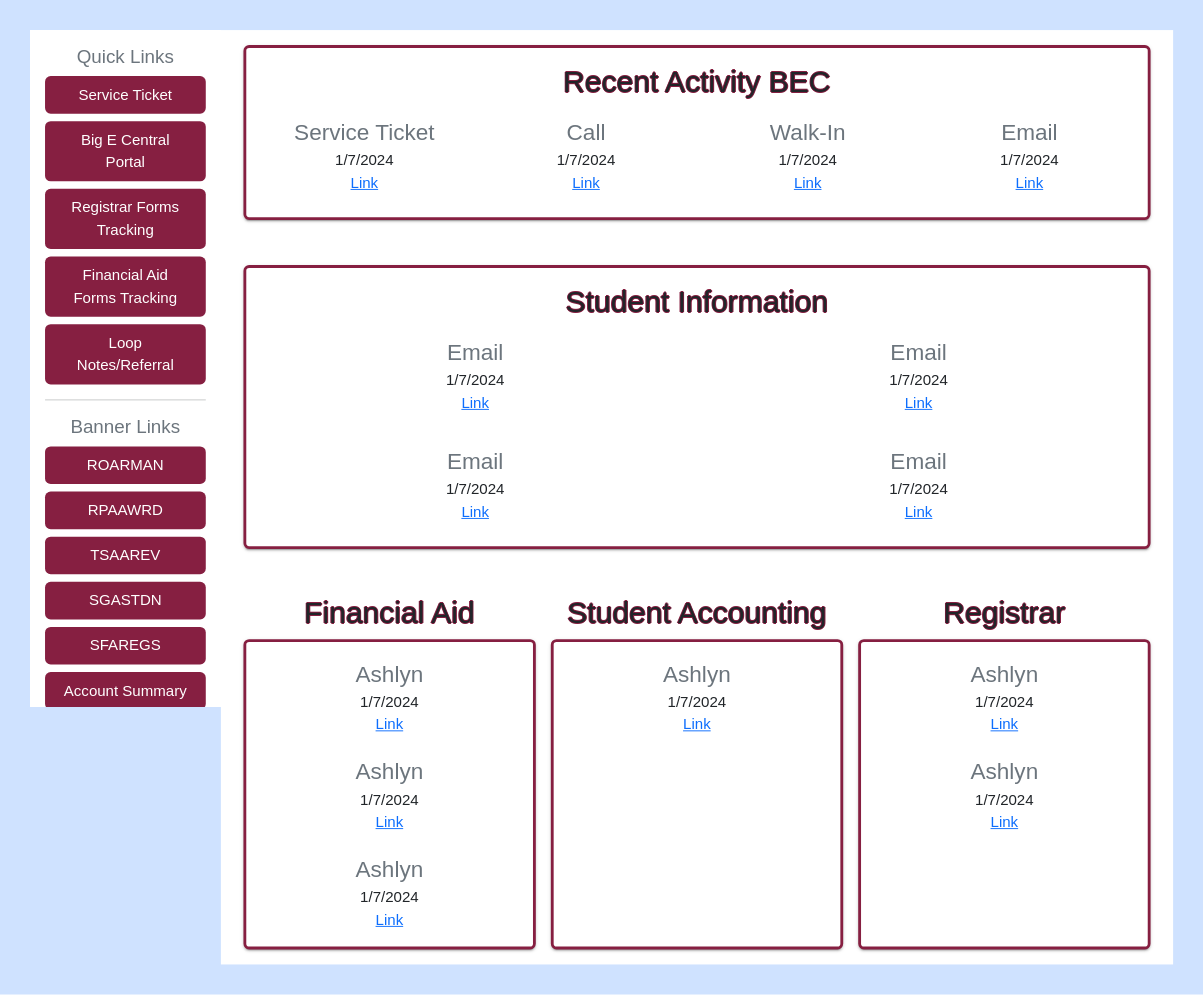
Repository: chancellor-w-whitaker/bec-tab
Page: /
These files come from the project's save history. The page is drawn as it stood at one moment and after the next save; the edit follows.
The browser window is 1280 px wide. The pictures show the whole page, at 94% of full size.
Some web fonts or font styles are not loaded; a fallback is used. The project was rebuilt for these pictures with package versions that can differ from the ones it lists, and the page was loaded fresh each time. Also part of the build but not shown: vite.config.js.

Above is the page before, as saved 2024-01-07 22:33:15.

### src/main.jsx
// Bootstrap Bundle JS
import "bootstrap/dist/js/bootstrap.bundle.min";
// Bootstrap CSS
import "bootstrap/dist/css/bootstrap.min.css";
import ReactDOM from "react-dom/client";
import React from "react";

import App from "./App.jsx";
import "./index.css";

ReactDOM.createRoot(document.getElementById("root")).render(
  <React.StrictMode>
    <App />
  </React.StrictMode>
);

### src/App.jsx
import { useEffect } from "react";

import "./App.css";

// const genericSentences = [
//   `It is a long established fact that a reader will be distracted by the readable content of a page when looking at its layout.`,
//   `The point of using Lorem Ipsum is that it has a more-or-less normal distribution of letters, as opposed to using 'Content here, content here', making it look like readable English.`,
//   `Many desktop publishing packages and web page editors now use Lorem Ipsum as their default model text, and a search for 'lorem ipsum' will uncover many web sites still in their infancy.`,
//   `Various versions have evolved over the years, sometimes by accident, sometimes on purpose (injected humour and the like).`,
// ];

const ekuMaroon = "#861f41";

const ekuBorder = { border: `3px solid ${ekuMaroon}` };

const SomeBlock = ({
  href = "https://www.eku.edu/",
  linkText = "Link",
  date = "1/7/2024",
  title = "Ashlyn",
  className = "",
  padding = 2,
  style = {},
}) => {
  return (
    <div
      className={`p-${padding} text-center ${className}`}
      style={{ ...style }}
    >
      <div className="fs-4 text-secondary fw-medium">{title}</div>
      <div>
        <div>{date}</div>
        <a rel="noreferrer" target="_blank" href={href}>
          {linkText}
        </a>
      </div>
    </div>
  );
};

const ShadowyTitle = ({ children = "Placeholder", className = "" }) => {
  return (
    <div
      className={`fs-2 text-dark lh-sm shadowy-title ${className}`.trimEnd()}
      // style={{ textShadow: `1px 1px 2px ${ekuMaroon}` }}
    >
      {children}
    </div>
  );
};

const useBodyBgVariant = (bgVariant = "body-tertiary") => {
  useEffect(() => {
    document.body.classList.add(`bg-${bgVariant}`);

    return () => {
      document.body.classList.remove(`bg-${bgVariant}`);
    };
  }, [bgVariant]);
};

const NavItem = ({ href = "https://www.eku.edu/", ...rest }) => {
  return (
    <li className="nav-item">
      <a
        style={{ backgroundColor: ekuMaroon }}
        className="nav-link active"
        aria-current="page"
        rel="noreferrer"
        target="_blank"
        href={href}
        {...rest}
      ></a>
    </li>
  );
};

const Sidebar = () => {
  return (
    <>
      <div className="sidebar-lg-sticky col-md-3 col-xl-2 p-3 bg-white overflow-auto text-break">
        <div className="d-flex flex-column text-center">
          <div className="fs-5 mb-2 lh-sm fw-medium text-secondary">
            Quick Links
          </div>
          <ul className="nav nav-pills flex-column gap-2">
            <NavItem>Service Ticket</NavItem>
            <NavItem>Big E Central Portal</NavItem>
            <NavItem>Registrar Forms Tracking</NavItem>
            <NavItem>Financial Aid Forms Tracking</NavItem>
            <NavItem>Loop Notes/Referral</NavItem>
          </ul>
        </div>
        <hr></hr>
        <div className="d-flex flex-column text-center">
          <div className="fs-5 mb-2 lh-sm fw-medium text-secondary">
            Banner Links
          </div>
          <ul className="nav nav-pills flex-column gap-2">
            <NavItem>ROARMAN</NavItem>
            <NavItem>RPAAWRD</NavItem>
            <NavItem>TSAAREV</NavItem>
            <NavItem>SGASTDN</NavItem>
            <NavItem>SFAREGS</NavItem>
            <NavItem>Account Summary</NavItem>
          </ul>
        </div>
      </div>
    </>
  );
};

const Main = () => {
  return (
    <>
      <div className="col-md-9 ms-sm-auto col-xl-10 px-md-4 py-3 bg-white">
        <div className="d-flex flex-column gap-5">
          <TopRow className="shadow-sm"></TopRow>
          <MiddleRow className="shadow-sm"></MiddleRow>
          <BottomRow></BottomRow>
        </div>
      </div>
    </>
  );
};

const TopRow = ({ className = "" }) => {
  return (
    <div
      className={`bg-white rounded text-center p-3 d-flex flex-column gap-2 ${className}`.trimEnd()}
      style={{ ...ekuBorder }}
    >
      <ShadowyTitle>Recent Activity BEC</ShadowyTitle>
      <div className="d-flex gap-3 flex-wrap text-nowrap">
        <SomeBlock
          title={"Service Ticket"}
          date={"1/7/2024"}
          className="col"
        ></SomeBlock>
        <SomeBlock date={"1/7/2024"} className="col" title={"Call"}></SomeBlock>
        <SomeBlock
          date={"1/7/2024"}
          title={"Walk-In"}
          className="col"
        ></SomeBlock>
        <SomeBlock
          date={"1/7/2024"}
          className="col"
          title={"Email"}
        ></SomeBlock>
      </div>
    </div>
  );
};

const MiddleRow = ({ className = "" }) => {
  return (
    <>
      <div
        className={`bg-white rounded text-center p-3 d-flex flex-column gap-2 ${className}`.trimEnd()}
        style={{ ...ekuBorder }}
      >
        <ShadowyTitle>Student Information</ShadowyTitle>
        <div className="d-flex gap-3 flex-wrap text-nowrap justify-content-around">
          <SomeBlock
            style={{ minWidth: 300 }}
            date={"1/7/2024"}
            className="col"
            title={"Email"}
          ></SomeBlock>
          <SomeBlock
            style={{ minWidth: 300 }}
            date={"1/7/2024"}
            className="col"
            title={"Email"}
          ></SomeBlock>
          <SomeBlock
            style={{ minWidth: 300 }}
            date={"1/7/2024"}
            className="col"
            title={"Email"}
          ></SomeBlock>
          <SomeBlock
            style={{ minWidth: 300 }}
            date={"1/7/2024"}
            className="col"
            title={"Email"}
          ></SomeBlock>
        </div>
      </div>
    </>
  );
};

const BottomRow = ({ className = "" }) => {
  return (
    <>
      <div className={`d-flex flex-row gap-3 flex-wrap ${className}`.trimEnd()}>
        <div className="d-flex flex-column gap-2 text-center col">
          <ShadowyTitle className="text-nowrap">Financial Aid</ShadowyTitle>
          <div
            className="h-100 p-2 rounded bg-white d-flex flex-column gap-1 shadow-sm"
            style={{ border: "3px solid rgb(134, 31, 65)" }}
          >
            <SomeBlock></SomeBlock>
            <SomeBlock></SomeBlock>
            <SomeBlock></SomeBlock>
          </div>
        </div>
        <div className="d-flex flex-column gap-2 text-center col">
          <ShadowyTitle className="text-nowrap">
            Student Accounting
          </ShadowyTitle>
          <div
            className="h-100 p-2 rounded bg-white d-flex flex-column gap-1 shadow-sm"
            style={{ border: "3px solid rgb(134, 31, 65)" }}
          >
            <SomeBlock></SomeBlock>
          </div>
        </div>
        <div className="d-flex flex-column gap-2 text-center col">
          <ShadowyTitle className="text-nowrap">Registrar</ShadowyTitle>
          <div
            className="h-100 p-2 rounded bg-white d-flex flex-column gap-1 shadow-sm"
            style={{ border: "3px solid rgb(134, 31, 65)" }}
          >
            <SomeBlock></SomeBlock>
            <SomeBlock></SomeBlock>
          </div>
        </div>
      </div>
    </>
  );
};

const App = () => {
  useBodyBgVariant("primary-subtle");

  return (
    <div className="container-fluid">
      <div className="row">
        <Sidebar></Sidebar>
        <Main></Main>
      </div>
    </div>
  );
};

export default App;

### src/index.css
@font-face {
  font-family: poppins;
  font-style: normal;
  font-weight: 400;
  src: local("Poppins"),
    url(https://fonts.cdnfonts.com/s/16009/Poppins-Regular.woff) format("woff");
}
@font-face {
  font-family: poppins;
  font-style: normal;
  font-weight: 400;
  src: local("Poppins"),
    url(https://fonts.cdnfonts.com/s/16009/Poppins-Regular.woff) format("woff");
}
@font-face {
  font-family: poppins;
  font-style: italic;
  font-weight: 400;
  src: local("Poppins"),
    url(https://fonts.cdnfonts.com/s/16009/Poppins-Italic.woff) format("woff");
}
@font-face {
  font-family: poppins;
  font-style: italic;
  font-weight: 400;
  src: local("Poppins"),
    url(https://fonts.cdnfonts.com/s/16009/Poppins-Italic.woff) format("woff");
}
@font-face {
  font-family: poppins;
  font-style: normal;
  font-weight: 250;
  src: local("Poppins"),
    url(https://fonts.cdnfonts.com/s/16009/Poppins-Thin.woff) format("woff");
}
@font-face {
  font-family: poppins;
  font-style: normal;
  font-weight: 250;
  src: local("Poppins"),
    url(https://fonts.cdnfonts.com/s/16009/Poppins-Thin.woff) format("woff");
}
@font-face {
  font-family: poppins;
  font-style: italic;
  font-weight: 250;
  src: local("Poppins"),
    url(https://fonts.cdnfonts.com/s/16009/Poppins-ThinItalic.woff)
      format("woff");
}
@font-face {
  font-family: poppins;
  font-style: italic;
  font-weight: 250;
  src: local("Poppins"),
    url(https://fonts.cdnfonts.com/s/16009/Poppins-ThinItalic.woff)
      format("woff");
}
@font-face {
  font-family: poppins;
  font-style: normal;
  font-weight: 275;
  src: local("Poppins"),
    url(https://fonts.cdnfonts.com/s/16009/Poppins-ExtraLight.woff)
      format("woff");
}
@font-face {
  font-family: poppins;
  font-style: normal;
  font-weight: 275;
  src: local("Poppins"),
    url(https://fonts.cdnfonts.com/s/16009/Poppins-ExtraLight.woff)
      format("woff");
}
@font-face {
  font-family: poppins;
  font-style: italic;
  font-weight: 275;
  src: local("Poppins"),
    url(https://fonts.cdnfonts.com/s/16009/Poppins-ExtraLightItalic.woff)
      format("woff");
}
@font-face {
  font-family: poppins;
  font-style: italic;
  font-weight: 275;
  src: local("Poppins"),
    url(https://fonts.cdnfonts.com/s/16009/Poppins-ExtraLightItalic.woff)
      format("woff");
}
@font-face {
  font-family: poppins;
  font-style: normal;
  font-weight: 300;
  src: local("Poppins"),
    url(https://fonts.cdnfonts.com/s/16009/Poppins-Light.woff) format("woff");
}
@font-face {
  font-family: poppins;
  font-style: normal;
  font-weight: 300;
  src: local("Poppins"),
    url(https://fonts.cdnfonts.com/s/16009/Poppins-Light.woff) format("woff");
}
@font-face {
  font-family: poppins;
  font-style: italic;
  font-weight: 300;
  src: local("Poppins"),
    url(https://fonts.cdnfonts.com/s/16009/Poppins-LightItalic.woff)
      format("woff");
}
@font-face {
  font-family: poppins;
  font-style: italic;
  font-weight: 300;
  src: local("Poppins"),
    url(https://fonts.cdnfonts.com/s/16009/Poppins-LightItalic.woff)
      format("woff");
}
@font-face {
  font-family: poppins;
  font-style: normal;
  font-weight: 500;
  src: local("Poppins"),
    url(https://fonts.cdnfonts.com/s/16009/Poppins-Medium.woff) format("woff");
}
@font-face {
  font-family: poppins;
  font-style: normal;
  font-weight: 500;
  src: local("Poppins"),
    url(https://fonts.cdnfonts.com/s/16009/Poppins-Medium.woff) format("woff");
}
@font-face {
  font-family: poppins;
  font-style: italic;
  font-weight: 500;
  src: local("Poppins"),
    url(https://fonts.cdnfonts.com/s/16009/Poppins-MediumItalic.woff)
      format("woff");
}
@font-face {
  font-family: poppins;
  font-style: italic;
  font-weight: 500;
  src: local("Poppins"),
    url(https://fonts.cdnfonts.com/s/16009/Poppins-MediumItalic.woff)
      format("woff");
}
@font-face {
  font-family: poppins;
  font-style: normal;
  font-weight: 600;
  src: local("Poppins"),
    url(https://fonts.cdnfonts.com/s/16009/Poppins-SemiBold.woff) format("woff");
}
@font-face {
  font-family: poppins;
  font-style: normal;
  font-weight: 600;
  src: local("Poppins"),
    url(https://fonts.cdnfonts.com/s/16009/Poppins-SemiBold.woff) format("woff");
}
@font-face {
  font-family: poppins;
  font-style: italic;
  font-weight: 600;
  src: local("Poppins"),
    url(https://fonts.cdnfonts.com/s/16009/Poppins-SemiBoldItalic.woff)
      format("woff");
}
@font-face {
  font-family: poppins;
  font-style: italic;
  font-weight: 600;
  src: local("Poppins"),
    url(https://fonts.cdnfonts.com/s/16009/Poppins-SemiBoldItalic.woff)
      format("woff");
}
@font-face {
  font-family: poppins;
  font-style: normal;
  font-weight: 700;
  src: local("Poppins"),
    url(https://fonts.cdnfonts.com/s/16009/Poppins-Bold.woff) format("woff");
}
@font-face {
  font-family: poppins;
  font-style: normal;
  font-weight: 700;
  src: local("Poppins"),
    url(https://fonts.cdnfonts.com/s/16009/Poppins-Bold.woff) format("woff");
}
@font-face {
  font-family: poppins;
  font-style: italic;
  font-weight: 700;
  src: local("Poppins"),
    url(https://fonts.cdnfonts.com/s/16009/Poppins-BoldItalic.woff)
      format("woff");
}
@font-face {
  font-family: poppins;
  font-style: italic;
  font-weight: 700;
  src: local("Poppins"),
    url(https://fonts.cdnfonts.com/s/16009/Poppins-BoldItalic.woff)
      format("woff");
}
@font-face {
  font-family: poppins;
  font-style: normal;
  font-weight: 800;
  src: local("Poppins"),
    url(https://fonts.cdnfonts.com/s/16009/Poppins-ExtraBold.woff)
      format("woff");
}
@font-face {
  font-family: poppins;
  font-style: normal;
  font-weight: 800;
  src: local("Poppins"),
    url(https://fonts.cdnfonts.com/s/16009/Poppins-ExtraBold.woff)
      format("woff");
}
@font-face {
  font-family: poppins;
  font-style: italic;
  font-weight: 800;
  src: local("Poppins"),
    url(https://fonts.cdnfonts.com/s/16009/Poppins-ExtraBoldItalic.woff)
      format("woff");
}
@font-face {
  font-family: poppins;
  font-style: italic;
  font-weight: 800;
  src: local("Poppins"),
    url(https://fonts.cdnfonts.com/s/16009/Poppins-ExtraBoldItalic.woff)
      format("woff");
}
@font-face {
  font-family: poppins;
  font-style: normal;
  font-weight: 900;
  src: local("Poppins"),
    url(https://fonts.cdnfonts.com/s/16009/Poppins-Black.woff) format("woff");
}
@font-face {
  font-family: poppins;
  font-style: normal;
  font-weight: 900;
  src: local("Poppins"),
    url(https://fonts.cdnfonts.com/s/16009/Poppins-Black.woff) format("woff");
}
@font-face {
  font-family: poppins;
  font-style: italic;
  font-weight: 900;
  src: local("Poppins"),
    url(https://fonts.cdnfonts.com/s/16009/Poppins-BlackItalic.woff)
      format("woff");
}
@font-face {
  font-family: poppins;
  font-style: italic;
  font-weight: 900;
  src: local("Poppins"),
    url(https://fonts.cdnfonts.com/s/16009/Poppins-BlackItalic.woff)
      format("woff");
}

:root,
[data-bs-theme="light"] {
  --bs-font-sans-serif: "Poppins", sans-serif;

  --bs-box-shadow: 0px 3px 3px -2px rgba(0, 0, 0, 0.2),
    0px 3px 4px 0px rgba(0, 0, 0, 0.14), 0px 1px 8px 0px rgba(0, 0, 0, 0.12);
  --bs-box-shadow-sm: 0px 3px 1px -2px rgba(0, 0, 0, 0.2),
    0px 2px 2px 0px rgba(0, 0, 0, 0.14), 0px 1px 5px 0px rgba(0, 0, 0, 0.12);
  --bs-box-shadow-lg: 0px 2px 4px -1px rgba(0, 0, 0, 0.2),
    0px 4px 5px 0px rgba(0, 0, 0, 0.14), 0px 1px 10px 0px rgba(0, 0, 0, 0.12);
}

@media (min-width: 768px) {
  .sidebar-lg-sticky {
    inset-block-start: 0;
    position: sticky;
    height: 100vh;
  }
}

.shadowy-title {
  text-shadow: 1px 0 0 #861f41, /*right */ 0 1px 0 #861f41,
    /*top */ -1px 0 0 #861f41, /*left */ 0 -1px 0 #861f41; /*bottom */
}

Loaded but not shown: index.html (common file); src/App.css (common file)

After the next save:
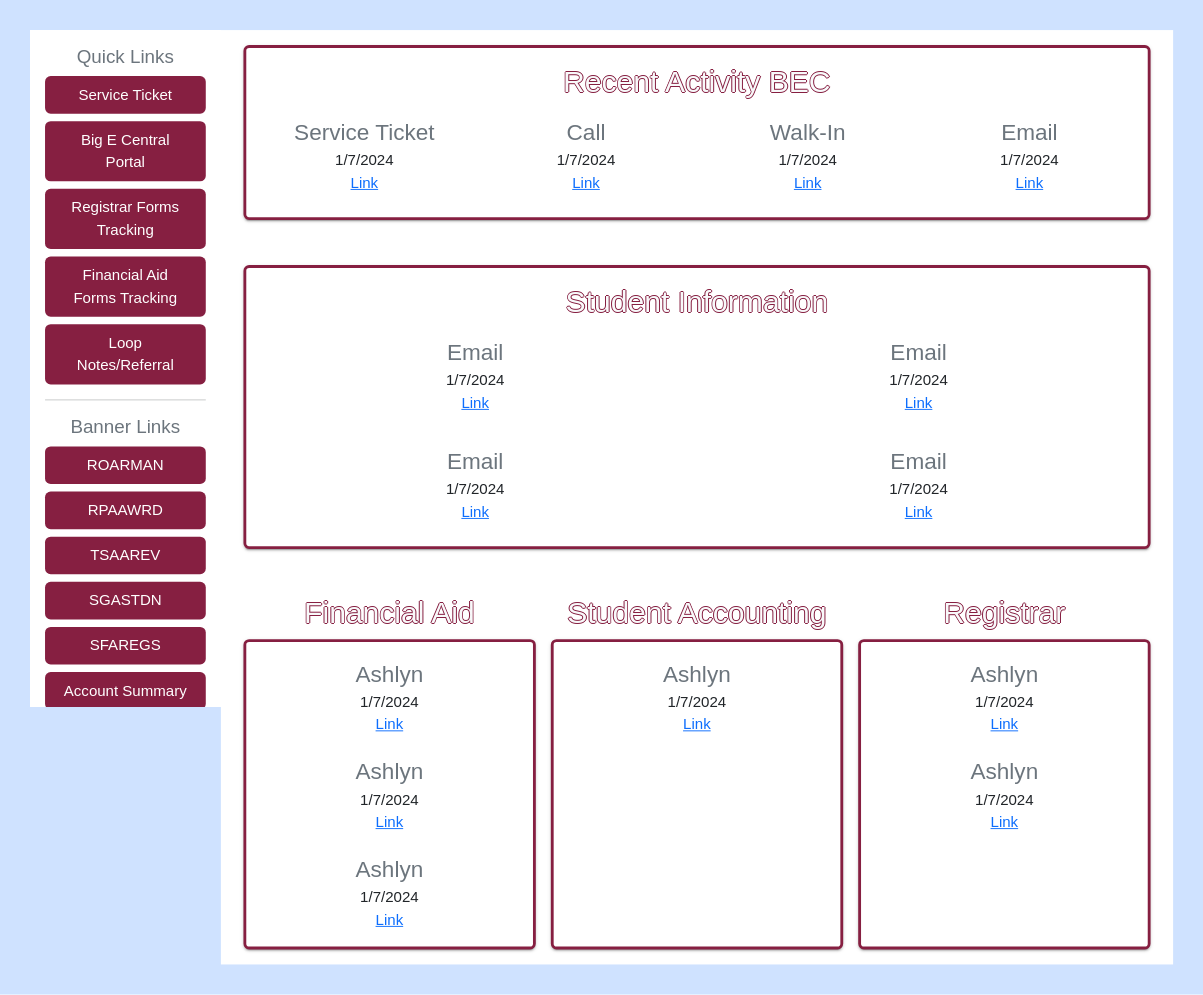
Saved 9 s later.
--- a/src/App.jsx
+++ b/src/App.jsx
@@ -41,7 +41,7 @@ const SomeBlock = ({
 const ShadowyTitle = ({ children = "Placeholder", className = "" }) => {
   return (
     <div
-      className={`fs-2 text-dark lh-sm shadowy-title ${className}`.trimEnd()}
+      className={`fs-2 text-light lh-sm shadowy-title ${className}`.trimEnd()}
       // style={{ textShadow: `1px 1px 2px ${ekuMaroon}` }}
     >
       {children}
